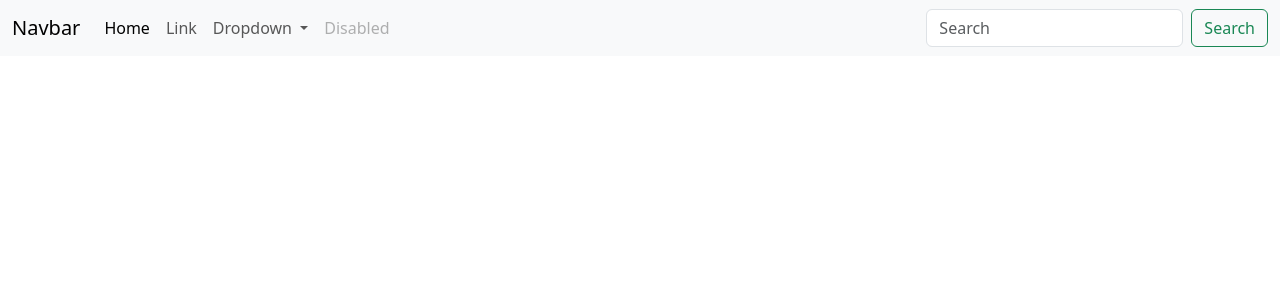
Repository: jeongjimin0/Jeongjimin
Page: http://localhost/WebTest/login.jsp
An editor plug-in stored every save of this project. The page is shown before and after the next save, followed by the edit.
The browser window is 1280 px wide. The pictures show the whole page.
The page is served by Tomcat 9. Other server files are loaded and not shown.

Above is the page before, as saved 2023-02-27 14:02:19.

### projects/WebTest/src/main/webapp/login.jsp
<%@ page language="java" contentType="text/html; charset=UTF-8"
    pageEncoding="UTF-8"%>
<!DOCTYPE html>
<html>
<head>
<meta charset="UTF-8">
<meta name="viewport" content="width=device-width", initial-scale="1">
<link rel="stylesheet" href="css/bootstrap.css">
<title>JSP 게시판 웹 사이트</title>
</head>
<body>
<nav class="navbar navbar-expand-lg bg-body-tertiary">
  <div class="container-fluid">
    <a class="navbar-brand" href="#">Navbar</a>
    <button class="navbar-toggler" type="button" data-bs-toggle="collapse" data-bs-target="#navbarSupportedContent" aria-controls="navbarSupportedContent" aria-expanded="false" aria-label="Toggle navigation">
      <span class="navbar-toggler-icon"></span>
    </button>
    <div class="collapse navbar-collapse" id="navbarSupportedContent">
      <ul class="navbar-nav me-auto mb-2 mb-lg-0">
        <li class="nav-item">
          <a class="nav-link active" aria-current="page" href="#">Home</a>
        </li>
        <li class="nav-item">
          <a class="nav-link" href="#">Link</a>
        </li>
        <li class="nav-item dropdown">
          <a class="nav-link dropdown-toggle" href="#" role="button" data-bs-toggle="dropdown" aria-expanded="false">
            Dropdown
          </a>
          <ul class="dropdown-menu">
            <li><a class="dropdown-item" href="#">Action</a></li>
            <li><a class="dropdown-item" href="#">Another action</a></li>
            <li><hr class="dropdown-divider"></li>
            <li><a class="dropdown-item" href="#">Something else here</a></li>
          </ul>
        </li>
        <li class="nav-item">
          <a class="nav-link disabled">Disabled</a>
        </li>
      </ul>
      <form class="d-flex" role="search">
        <input class="form-control me-2" type="search" placeholder="Search" aria-label="Search">
        <button class="btn btn-outline-success" type="submit">Search</button>
      </form>
    </div>
  </div>
</nav>

<script src="https://cdn.jsdelivr.net/npm/bootstrap@5.3.0-alpha1/dist/js/bootstrap.bundle.min.js" integrity="sha384-w76AqPfDkMBDXo30jS1Sgez6pr3x5MlQ1ZAGC+nuZB+EYdgRZgiwxhTBTkF7CXvN" crossorigin="anonymous"></script>
</body>
</html>

Loaded but not shown: projects/WebTest/src/main/webapp/css/bootstrap.css (library)

After the next save:
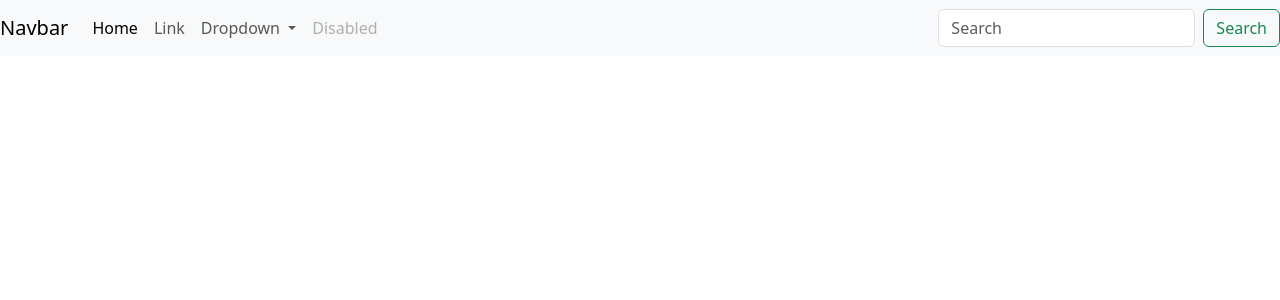
Saved 25 s later.
--- a/projects/WebTest/src/main/webapp/login.jsp
+++ b/projects/WebTest/src/main/webapp/login.jsp
@@ -10,7 +10,6 @@
 </head>
 <body>
 <nav class="navbar navbar-expand-lg bg-body-tertiary">
-  <div class="container-fluid">
     <a class="navbar-brand" href="#">Navbar</a>
     <button class="navbar-toggler" type="button" data-bs-toggle="collapse" data-bs-target="#navbarSupportedContent" aria-controls="navbarSupportedContent" aria-expanded="false" aria-label="Toggle navigation">
       <span class="navbar-toggler-icon"></span>

After the save that followed:
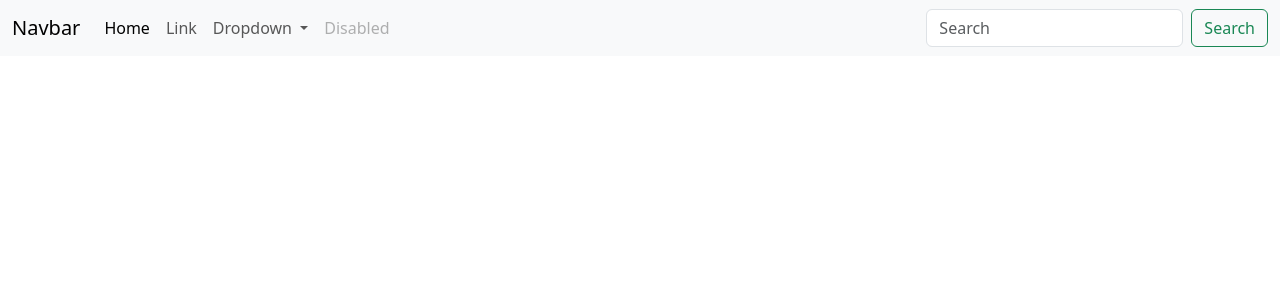
Saved 7 s later.
--- a/projects/WebTest/src/main/webapp/login.jsp
+++ b/projects/WebTest/src/main/webapp/login.jsp
@@ -10,6 +10,7 @@
 </head>
 <body>
 <nav class="navbar navbar-expand-lg bg-body-tertiary">
+  <div class="container-fluid">
     <a class="navbar-brand" href="#">Navbar</a>
     <button class="navbar-toggler" type="button" data-bs-toggle="collapse" data-bs-target="#navbarSupportedContent" aria-controls="navbarSupportedContent" aria-expanded="false" aria-label="Toggle navigation">
       <span class="navbar-toggler-icon"></span>
